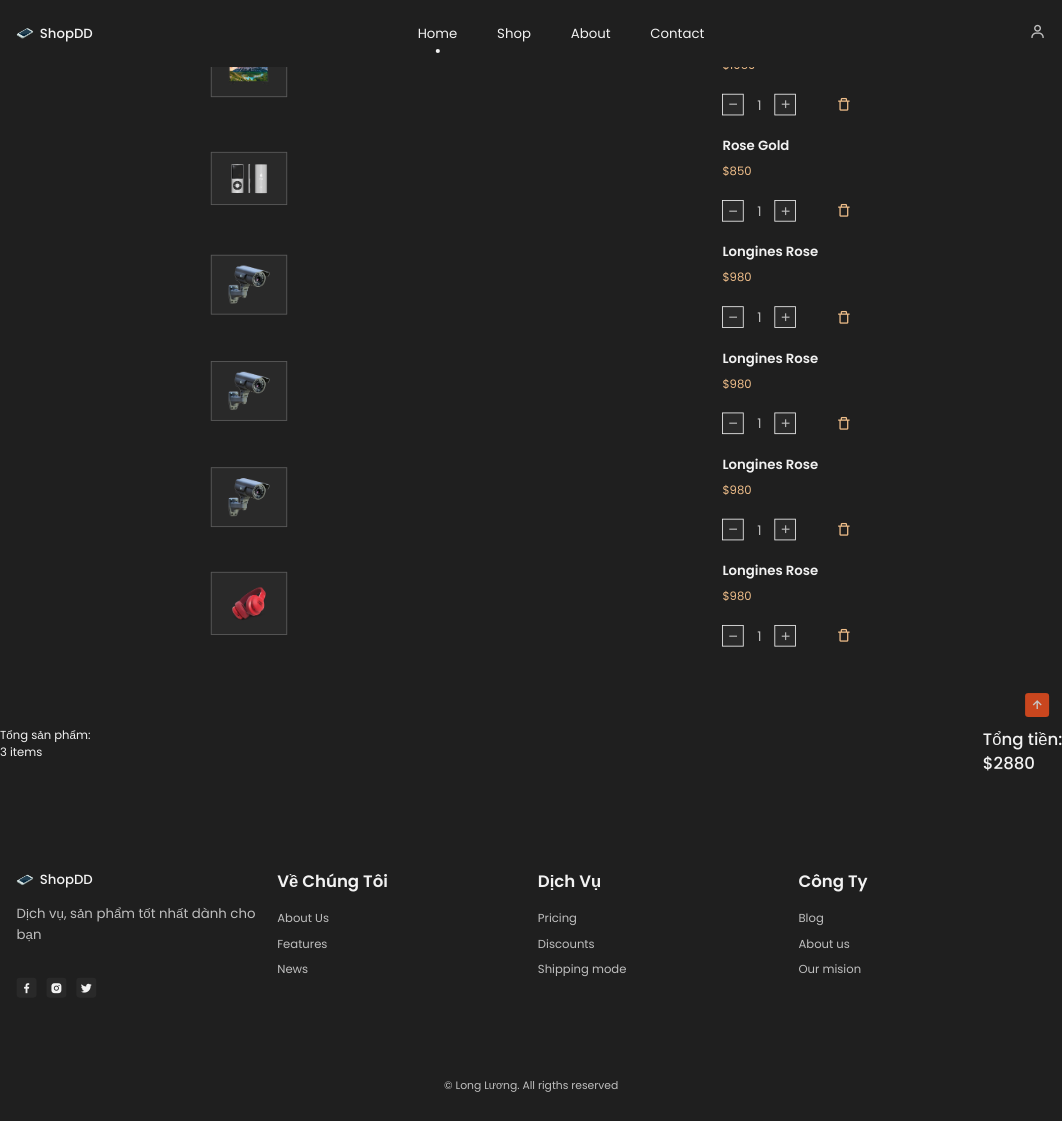
Repository: long5122000/Shopc
Page: mycart.html
The author's editor kept a copy of each file at every save. The page is drawn from the files as they stood at one save, then again after the next save.
The browser window is 1280 px wide. The pictures show the whole page, at 83% of full size.
The style sheet was rebuilt from its Sass, Less or Tailwind sources for each picture, by a compiler version that may differ from the author's.

Above is the page before, as saved 2021-12-06 14:09:18.

### mycart.html
<!DOCTYPE html>
<html lang="en">
  <head>
    <meta charset="UTF-8" />
    <meta http-equiv="X-UA-Compatible" content="IE=edge" />
    <meta name="viewport" content="width=device-width, initial-scale=1.0" />
    <title>ShopDD</title>
    <link rel="shortcut icon" href="favicon.png" type="image/x-icon" />
    <link
      rel="stylesheet"
      href="https://unpkg.com/swiper@7/swiper-bundle.min.css"
    />
    <link
      rel="stylesheet"
      href="https://cdn.jsdelivr.net/npm/boxicons@latest/css/boxicons.min.css"
    />
    <link rel="stylesheet" href="./css/app.css" />
  </head>
  <body>
    <header class="header" id="header">
      <nav class="nav container">
        <a href="" class="nav__logo">
          <img src="./images/logo-3.png" alt="" class="nav__logo-img" />
          ShopDD
        </a>
        <div class="nav__menu" id="nav-menu">
          <ul class="nav__list">
            <li class="nav__item">
              <a href="#" class="nav__link active-link">Home</a>
            </li>
            <li class="nav__item">
              <a href="./shop.html" class="nav__link">Shop</a>
            </li>
            <li class="nav__item">
              <a href="./about.html" class="nav__link">About</a>
            </li>
            <li class="nav__item">
              <a href="./contact.html" class="nav__link">Contact</a>
            </li>

            <!-- <a href="" class="button button--ghost">Support</a> -->
          </ul>

          <div class="nav__close" id="nav-close">
            <i class="bx bx-x"></i>
          </div>
          <!-- <img src="./images/nav-img.png" alt="" class="nav__img" /> -->
        </div>
        <div class="nav__btns">
          <!-- Theme change button -->

          <div class="nav__shop" id="info-user">
            <i class="bx bx-user"></i>
          </div>

          <div class="nav__toggle" id="nav-toggle">
            <i class="bx bx-grid-alt"></i>
          </div>
        </div>
      </nav>
    </header>

    <div class="info" id="info">
      <i class="bx bx-x info__close" id="info-close"></i>
      <div class="info__btn">
        <a href="./login.html" class="button">Đăng nhập</a>
        <a href="./register.html" class="button">Đăng Ký</a>
      </div>
    </div>
    <main class="main">
      <div class="mycart" id="mycart">
        <i class="bx bx-x mycart__close" id="mycart-close"></i>

        <h2 class="mycart__title-center">My mycart</h2>

        <div class="mycart__container">
          <article class="mycart__card">
            <div class="mycart__box">
              <img src="./images/new-1.png" alt="" class="mycart__img" />
            </div>

            <div class="mycart__details">
              <h3 class="mycart__title">Jazzmaster</h3>
              <span class="mycart__price">$1050</span>

              <div class="mycart__amount">
                <div class="mycart__amount-content">
                  <span class="mycart__amount-box">
                    <i class="bx bx-minus"></i>
                  </span>

                  <span class="mycart__amount-number">1</span>

                  <span class="mycart__amount-box">
                    <i class="bx bx-plus"></i>
                  </span>
                </div>

                <i class="bx bx-trash-alt mycart__amount-trash"></i>
              </div>
            </div>
          </article>

          <article class="mycart__card">
            <div class="mycart__box">
              <img src="./images/new-3.png" alt="" class="mycart__img" />
            </div>

            <div class="mycart__details">
              <h3 class="mycart__title">Rose Gold</h3>
              <span class="mycart__price">$850</span>

              <div class="mycart__amount">
                <div class="mycart__amount-content">
                  <span class="mycart__amount-box">
                    <i class="bx bx-minus"></i>
                  </span>

                  <span class="mycart__amount-number">1</span>

                  <span class="mycart__amount-box">
                    <i class="bx bx-plus"></i>
                  </span>
                </div>

                <i class="bx bx-trash-alt mycart__amount-trash"></i>
              </div>
            </div>
          </article>

          <article class="mycart__card">
            <div class="mycart__box">
              <img src="./images/new-5.png" alt="" class="mycart__img" />
            </div>

            <div class="mycart__details">
              <h3 class="mycart__title">Longines Rose</h3>
              <span class="mycart__price">$980</span>

              <div class="mycart__amount">
                <div class="mycart__amount-content">
                  <span class="mycart__amount-box">
                    <i class="bx bx-minus"></i>
                  </span>

                  <span class="mycart__amount-number">1</span>

                  <span class="mycart__amount-box">
                    <i class="bx bx-plus"></i>
                  </span>
                </div>

                <i class="bx bx-trash-alt mycart__amount-trash"></i>
              </div>
            </div>
          </article>
          <article class="mycart__card">
            <div class="mycart__box">
              <img src="./images/new-5.png" alt="" class="mycart__img" />
            </div>

            <div class="mycart__details">
              <h3 class="mycart__title">Longines Rose</h3>
              <span class="mycart__price">$980</span>

              <div class="mycart__amount">
                <div class="mycart__amount-content">
                  <span class="mycart__amount-box">
                    <i class="bx bx-minus"></i>
                  </span>

                  <span class="mycart__amount-number">1</span>

                  <span class="mycart__amount-box">
                    <i class="bx bx-plus"></i>
                  </span>
                </div>

                <i class="bx bx-trash-alt mycart__amount-trash"></i>
              </div>
            </div>
          </article>
          <article class="mycart__card">
            <div class="mycart__box">
              <img src="./images/new-5.png" alt="" class="mycart__img" />
            </div>

            <div class="mycart__details">
              <h3 class="mycart__title">Longines Rose</h3>
              <span class="mycart__price">$980</span>

              <div class="mycart__amount">
                <div class="mycart__amount-content">
                  <span class="mycart__amount-box">
                    <i class="bx bx-minus"></i>
                  </span>

                  <span class="mycart__amount-number">1</span>

                  <span class="mycart__amount-box">
                    <i class="bx bx-plus"></i>
                  </span>
                </div>

                <i class="bx bx-trash-alt mycart__amount-trash"></i>
              </div>
            </div>
          </article>
          <article class="mycart__card">
            <div class="mycart__box">
              <img src="./images/new-6.webp" alt="" class="mycart__img" />
            </div>

            <div class="mycart__details">
              <h3 class="mycart__title">Longines Rose</h3>
              <span class="mycart__price">$980</span>

              <div class="mycart__amount">
                <div class="mycart__amount-content">
                  <span class="mycart__amount-box">
                    <i class="bx bx-minus"></i>
                  </span>

                  <span class="mycart__amount-number">1</span>

                  <span class="mycart__amount-box">
                    <i class="bx bx-plus"></i>
                  </span>
                </div>

                <i class="bx bx-trash-alt mycart__amount-trash"></i>
              </div>
            </div>
          </article>
        </div>

        <div class="mycart__prices">
          <span class="mycart__prices-item"
            >Tổng sản phẩm:<br />
            3 items</span
          >
          <span class="mycart__prices-total">Tổng tiền:<br />$2880</span>
        </div>
      </div>
    </main>
    <footer class="footer section">
      <div class="footer__container container grid">
        <div class="footer__content">
          <a href="#" class="footer__logo">
            <img src="./images/logo-3.png" alt="" class="footer__logo-image" />
            ShopDD
          </a>
          <p class="footer__description">
            Dịch vụ, sản phẩm tốt nhất dành cho bạn
          </p>
          <div class="footer__social">
            <a
              href="https://www.facebook.com/"
              target="_blank"
              class="footer__social-link"
            >
              <i class="bx bxl-facebook"></i>
            </a>
            <a
              href="https://www.instagram.com/"
              target="_blank"
              class="footer__social-link"
            >
              <i class="bx bxl-instagram-alt"></i>
            </a>
            <a
              href="https://twitter.com/"
              target="_blank"
              class="footer__social-link"
            >
              <i class="bx bxl-twitter"></i>
            </a>
          </div>
        </div>
        <div class="footer__content">
          <h3 class="footer__title">Về Chúng Tôi</h3>
          <ul class="footer__links">
            <li>
              <a href="" class="footer__link">About Us</a>
            </li>
            <li>
              <a href="" class="footer__link">Features</a>
            </li>
            <li>
              <a href="" class="footer__link">News</a>
            </li>
          </ul>
        </div>
        <div class="footer__content">
          <h3 class="footer__title">Dịch Vụ</h3>
          <ul class="footer__links">
            <li>
              <a href="" class="footer__link">Pricing</a>
            </li>
            <li>
              <a href="" class="footer__link">Discounts</a>
            </li>
            <li>
              <a href="" class="footer__link">Shipping mode</a>
            </li>
          </ul>
        </div>
        <div class="footer__content">
          <h3 class="footer__title">Công Ty</h3>
          <ul class="footer__links">
            <li>
              <a href="" class="footer__link">Blog</a>
            </li>
            <li>
              <a href="" class="footer__link">About us</a>
            </li>
            <li>
              <a href="" class="footer__link">Our mision</a>
            </li>
          </ul>
        </div>
      </div>

      <span class="footer__copy">&#169; Long Lương. All rigths reserved</span>

      <div class="modal" id="modal__view">
        <div class="modal__main">
          <i class="bx bx-x modal__close" id="modal-close"></i>
          <div class="modal__image">
            <img src="./images/new-1.png" alt="" />
          </div>
          <div class="modal__content">
            <h3 class="modal__title">Tivi</h3>
            <p class="modal__desc">
              Lorem ipsum dolor sit amet consectetur adipisicing elit. Repellat
              laborum facilis harum quis aperiam laboriosam quasi deleniti velit
              est rerum animi consectetur voluptate culpa, quas, dolor illum
              fugit exercitationem sapiente?
            </p>
            <div class="modal__price">$167</div>
          </div>
          <a href="#!" class="button modal__button">Xem chi tiết</a>
        </div>
      </div>

      <!-- <img src="./images/footer1-img.png" alt="" class="footer__image-one" />
      <img src="./images/footer2-img.png" alt="" class="footer__image-two" /> -->
    </footer>

    <a href="#" class="scrollup" id="scroll-up">
      <i class="bx bx-up-arrow-alt scrollup__icon"></i>
    </a>
    <script src="https://unpkg.com/swiper@7/swiper-bundle.min.js"></script>
    <script src="scripts/scrollreveal.min.js"></script>
    <script src="./scripts/app.js"></script>
  </body>
</html>

### sass/app.scss
@import "variables";
@import "reset";
@import "mixin";
@import "base";
@import "header";
@import "cart";
@import "search";
@import "info";
@import "home";
@import "category";
@import "about";
@import "hot";
@import "discount";
@import "new";
@import "newsletter";
@import "footer";
@import "modal";
@import "scroll";
@import "register";
@import "login";
@import "contact";
@import "address";
@import "product";
@import "category-shop";
@import "pagination-shop";
@import "detail-product";
@import "mycart";
@import "breakpoints";

### sass/_reset.scss
html {
  box-sizing: border-box;
}
* {
  margin: 0;
  padding: 0;
}
*,
*:before,
*:after {
  box-sizing: border-box;
}
input,
textarea,
select,
button {
  outline: none;
  border: none;
}
input {
  line-height: normal;
}
label,
button {
  cursor: pointer;
}
a {
  text-decoration: none;
}
img {
  display: block;
  max-width: 100%;
}

### sass/_mixin.scss
@mixin flex(
  $align: flex-start,
  $justify: flex-start,
  $wrap: nowrap,
  $dir: row
) {
  display: flex;
  justify-content: $justify;
  align-items: $align;
  flex-wrap: $wrap;
  flex-direction: $dir;
}
@mixin maxw($breakpoint) {
  @media screen and (max-width: $breakpoint) {
    @content;
  }
}
@mixin minw($breakpoint) {
  @media screen and (min-width: $breakpoint) {
    @content;
  }
}
@mixin center {
  display: flex;
  justify-content: center;
  align-items: center;
}

### sass/_search.scss
.search-box {
  width: 1px;
  height: 30px;
  background-color: rgb(88, 88, 88);
  position: relative;

  transition: all 0.5s ease;
  border-radius: 15px;
}

.search-box.open {
  width: 220px;
}

.search-input {
  width: 100%;
  height: 100%;
  border: none;
  box-shadow: none;
  background: transparent;
  color: #fff;
  padding: 20px 20px;
  font-size: 20px;
}

.search-btn {
  color: rgba(191, 191, 191);
  outline: none;
  border: none;

  position: absolute;
  right: -0;
  top: 0;
  cursor: pointer;
  font-size: 25px;
  background-color: transparent;
}

### sass/_info.scss
.info {
  position: fixed;
  background-color: rgb(59, 59, 59);
  z-index: var(--z-fixed);
  width: 100%;
  height: 100%;
  top: 0;
  right: -100%;
  padding: 5.5rem 1rem;
  transition: 0.4s;
  overflow-y: scroll;
  &__close {
    font-size: 2rem;
    color: var(--title-color);
    position: absolute;
    top: 1.25rem;
    right: 0.9rem;
    cursor: pointer;
  }
}
.show-info {
  right: 0;
}

### sass/_category.scss
.category {
  &__container {
    grid-template-columns: repeat(2, 1fr);
    gap: 1rem 2rem;
  }
  &__data {
    text-align: center;
  }
  &__image {
    width: 120px;
    margin: 0 auto;
    transition: 0.3s;
  }
  &__title {
    margin-bottom: var(--mb-0-25);
  }
  &__data:hover {
    .category {
      &__image {
        transform: translateY(-0.5rem);
      }
    }
  }
}
.scroll {
  &-header {
    background: var(--container-color);
  }
}

### sass/_about.scss
.about {
  &__container {
    row-gap: 2rem;
  }
  &__data {
    text-align: center;
  }
  &__description {
    margin-bottom: var(--mb-2);
  }
  &__image {
    width: 200px;
    justify-self: center;
  }
}

### sass/_hot.scss
.hot {
  &__container {
    grid-template-columns: repeat(2, 1fr);
    gap: 1.5rem;
    padding: 1rem;
  }
  &__content {
    position: relative;
    background: var(--container-color);
    border-radius: 1rem;
    padding: 1.5rem 0 1rem 0;
    text-align: center;
    overflow: hidden;

    &:hover .hot__image {
      transform: translateY(-0.5rem);
    }
    &:hover .hot__button {
      right: 0;
    }
  }
  &__image {
    width: 90px;
    transition: 0.3s;
    margin: 0 auto;
  }
  &__subtitle,
  &__price {
    display: block;
  }
  &__subtitle {
    font-size: var(--smaller-font-size);
    margin-bottom: var(--mb-0-5);
  }
  &__title,
  &__price {
    color: var(--title-color);
    font-weight: var(--font-medium);
    font-size: var(--normal-font-size);
  }
  &__button {
    display: flex;
    flex-direction: column;
    gap: 5px 0;
    padding: 0.5rem;
    border-radius: 0.25rem 0.25rem 0.75rem 0.25rem;
    position: absolute;
    right: -3rem;
    bottom: 0;
  }
  &__icon {
    font-size: 1.25rem;
    color: var(--title-color);
    &--bt {
      border-bottom: 1px solid gray;
      padding-bottom: 4px;
    }
    &:hover {
      color: var(--first-color);
    }
  }
}

### sass/_discount.scss
.discount {
  &__container {
    background: var(--container-color);
    border-radius: 1rem;
    padding: 2.5rem 0 1.5rem;
    row-gap: 0.75rem;
  }
  &__data {
    text-align: center;
  }
  &__title {
    font-size: var(--h2-font-size);
    margin-bottom: var(--mb-2);
  }
  &__image {
    width: 200px;
    justify-self: center;
  }
}

### sass/_newsletter.scss
.newsletter {
  &__description {
    text-align: center;
    margin-bottom: var(--mb-1-5);
  }
  &__form {
    background: var(--container-color);
    padding: 1rem;
    @include flex(center, space-between);
    // display: flex;
    // justify-content: space-between;
    border-radius: 0.75rem;
  }
  &__input {
    width: 70%;
    padding: 0 0.5rem;
    background: none;
    color: var(--title-color);
    &::placeholder {
      color: var(--text-color);
    }
  }
}

### sass/_footer.scss
.footer {
  position: relative;
  overflow: hidden;
  &__image {
    &-one,
    &-two {
      position: absolute;
      transition: 0.3s;
      &:hover {
        transform: translateY(-0.5rem);
      }
    }
    &-one {
      width: 100px;
      top: 6rem;
      right: -2rem;
    }
    &-two {
      width: 150px;
      bottom: 4rem;
      right: 4rem;
    }
  }
  &__container {
    row-gap: 2rem;
  }
  &__logo {
    @include flex(center);
    column-gap: 0.5rem;
    margin-bottom: var(--mb-1);
    font-weight: var(--font-medium);
    color: var(--title-color);
    &-image {
      width: 20px;
    }
  }
  &__description {
    margin-bottom: var(--mb-2-5);
  }
  &__social {
    display: flex;
    column-gap: 0.75rem;
    &-link {
      display: inline-flex;
      background: var(--container-color);
      padding: 0.25rem;
      border-radius: 0.25rem;
      color: var(--title-color);
      font-size: 1rem;
      &:hover {
        background: var(--body-color);
      }
    }
  }
  &__title {
    font-size: var(--h3-font-size);
    margin-bottom: var(--mb-1);
  }
  &__links {
    display: grid;
    row-gap: 0.35rem;
  }
  &__link {
    font-size: var(--small-font-size);
    color: var(--text-color);
    transition: 0.3s;
    &:hover {
      color: var(--title-color);
    }
  }
  &__copy {
    display: block;
    text-align: center;
    font-size: var(--smaller-font-size);
    margin-top: 4.5rem;
  }
}

### sass/_modal.scss
.modal {
  position: fixed;
  top: 0;
  height: 100%;
  width: 100%;
  background: var(--container-color);
  transition: var(--transition250);
  opacity: 0;
  visibility: hidden;
  z-index: 100;
  border-radius: 8px;
  &__main {
    display: grid;
    grid-template-columns: 1fr;
    padding: 0 10px;
  }
  &__image {
    height: 100%;
    width: 100%;
    margin-top: var(--mb-2-5);
  }
  &__title {
    font-size: var(--h1-font-size);
    text-align: center;
    margin-top: var(--mb-2);
    margin-bottom: var(--mb-1-5);
  }
  &__desc {
    margin-bottom: var(--mb-1-5);
  }
  &__price {
    font-size: var(--h2-font-size);
    color: var(--first-color);
    margin-bottom: var(--mb-1-5);
  }
  &__button {
    text-align: center;
  }
  &__close {
    position: absolute;
    right: 5px;
    top: 5px;
    font-size: 2.5rem;
  }
}
.show-modal {
  opacity: 1;
  visibility: unset;
}

### sass/_scroll.scss
.scrollup {
  position: fixed;
  background: var(--first-color);
  right: 1rem;
  bottom: -20%;
  display: inline-flex;
  padding: 0.3rem;
  border-radius: 0.25rem;
  z-index: var(--z-tooltip);
  opacity: 0.8;
  transition: 0.4s;
  &:hover {
    background: var(--container-color);
    opacity: 1;
  }
  &__icon {
    font-size: 1.2rem;
    color: var(--title-color);
  }
}
.show-scroll {
  bottom: 3rem;
}

### sass/_contact.scss
.contact {
  margin-top: var(--mb-2);
  margin-bottom: var(--mb-2);
  &__title {
    text-align: center;
  }
  &__list {
    margin-top: var(--mb-2);
    display: flex;
    justify-content: space-around;
  }
  &__item {
    font-size: 30px;
  }
}

### sass/_address.scss
.address {
  &__list {
    display: grid;
    grid-template-columns: 1fr;
    gap: 20px 0;
    margin-bottom: var(--mb-2);
  }
  &__image {
    border-radius: 8px;
    overflow: hidden;
  }
  &__city,
  &__phone,
  &__info,
  &__email {
    text-align: center;
  }
}

### sass/_category-shop.scss
.category__shop {
  &__menu {
    margin-top: 20px;
    margin-bottom: var(--mb-1-5);
    display: grid;
    justify-content: flex-start;
    grid-auto-columns: 120px;
    grid-auto-flow: column;
    grid-gap: 0.5rem;
    overflow: auto;
    overflow-y: hidden;
    scroll-snap-type: x mandatory;
    scroll-snap-stop: always;
    -ms-touch-action: manipulation;
    touch-action: manipulation;
    -webkit-overflow-scrolling: touch;
    scroll-padding: 1rem;
    grid-template-columns: unset;
  }
  &__menu::-webkit-scrollbar {
    display: none;
    width: 0;
  }
  &__menu > * {
    scroll-snap-align: start;
  }

  &-item {
    padding: 15px 20px;
    border: 1px solid gray;
    border-radius: 8px;
  }
  &__button {
    padding: 15px 15px;
    border-radius: 8px;
    background-color: transparent;
    color: #fff;
    border: 1px solid gray;
  }
}
.active {
  background-color: var(--first-color);
}
.hide {
  display: none;
}

### sass/_pagination-shop.scss
.pagination {
  &__list {
    display: flex;
    justify-content: center;
    gap: 0 20px;
  }
  &__item {
    background-color: transparent;
  }
  &__link {
    padding: 10px 10px;
    color: var(--text-color);
  }
}
.pagination-active {
  background-color: var(--red);
  border-radius: 4px;
}

### sass/_detail-product.scss
.product__detail {
  display: grid;
  grid-template-columns: 1fr;
  &-content {
    padding: 10px 15px;
  }
  &-category {
    font-size: var(--h3-font-size);
    color: var(--h3-color);
  }
  &-name {
    margin-top: 15px;
    margin-bottom: 15px;
    font-size: var(--h1-font-size);
  }
  &-price {
    font-size: var(--h1-font-size);
    color: var(--first-color);
  }
  &-quantity {
    margin-top: 20px;
    text-align: center;
  }
}
.tru,
.cong {
  padding: 10px;
}
.num {
  padding: 10px 10px;
  width: 50px;
}
.add__cart {
  margin-top: 20px;
  margin-bottom: 20px;
}
.product__desc {
  &__button {
    padding: 15px 15px;
    border-radius: 8px;
    background-color: transparent;
    color: #fff;
    border: 1px solid gray;
  }
  &-long {
    margin-top: 20px;
  }
}
.product__comment {
  margin-top: 20px;
}
.active {
  background-color: var(--first-color);
}
.hide {
  display: none;
}

Loaded but not shown: scripts/scrollreveal.min.js (library); scripts/app.js (199 lines, source omitted); sass/_breakpoints.scss (465 lines, source omitted); sass/_product.scss (111 lines, source omitted); sass/_cart.scss (106 lines, source omitted); sass/_mycart.scss (93 lines, source omitted); sass/_new.scss (84 lines, source omitted); sass/_header.scss (97 lines, source omitted); sass/_register.scss (100 lines, source omitted); sass/_login.scss (100 lines, source omitted); sass/_variables.scss (59 lines, source omitted); sass/_home.scss (82 lines, source omitted); sass/_base.scss (84 lines, source omitted)

After the next save:
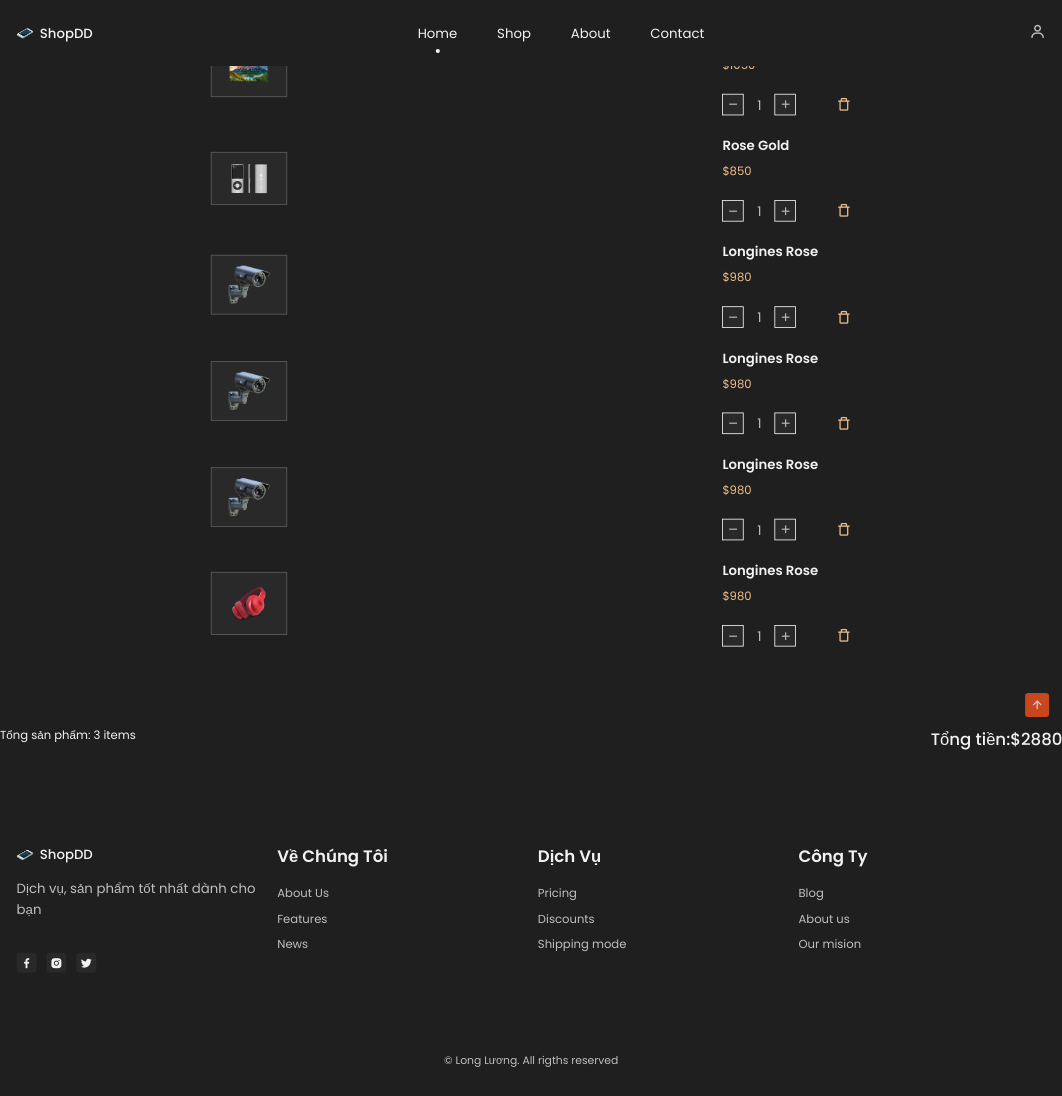
Saved 83 s later.
--- a/mycart.html
+++ b/mycart.html
@@ -235,11 +235,8 @@
         </div>
 
         <div class="mycart__prices">
-          <span class="mycart__prices-item"
-            >Tổng sản phẩm:<br />
-            3 items</span
-          >
-          <span class="mycart__prices-total">Tổng tiền:<br />$2880</span>
+          <span class="mycart__prices-item">Tổng sản phẩm: 3 items</span>
+          <span class="mycart__prices-total">Tổng tiền:$2880</span>
         </div>
       </div>
     </main>
